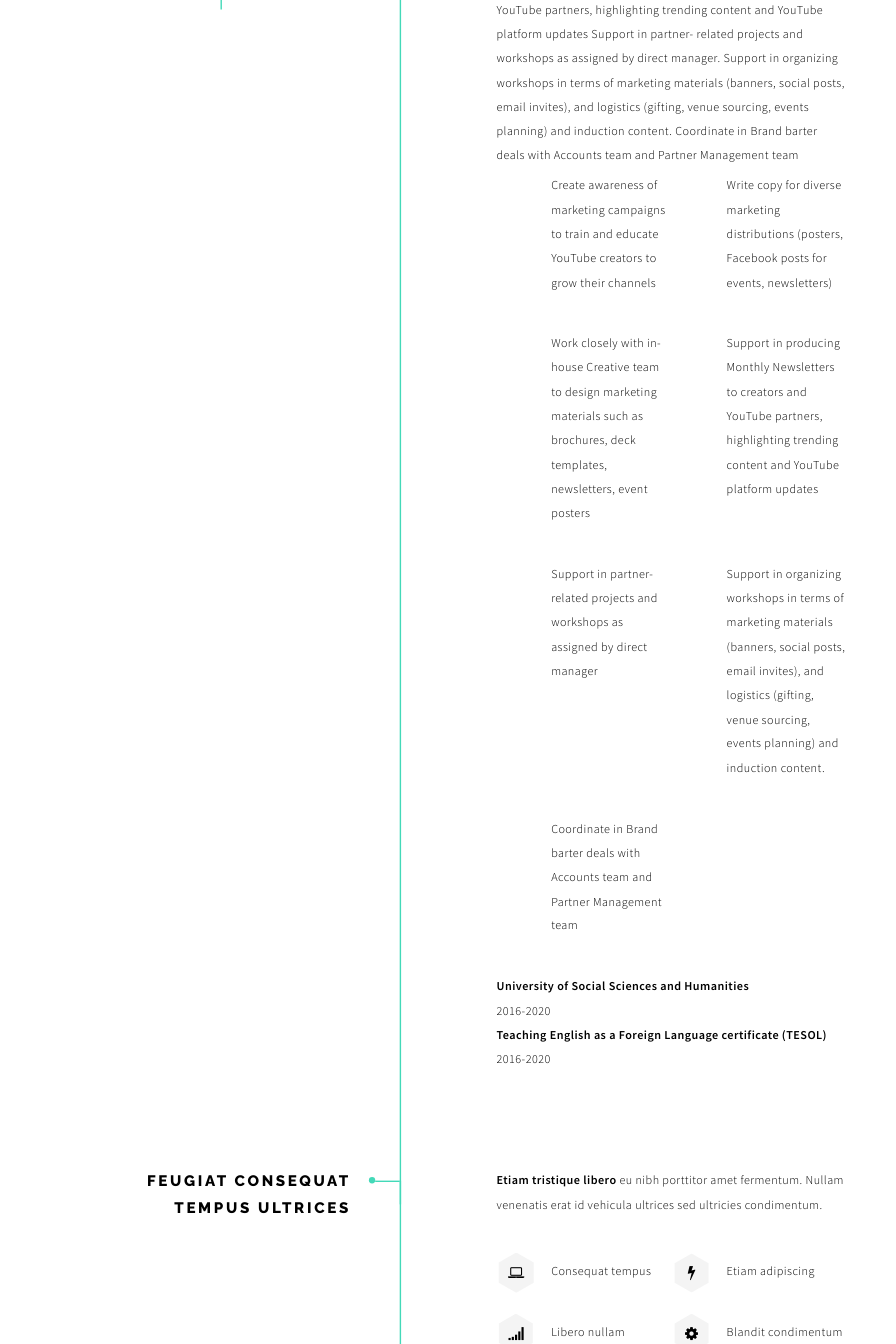
Repository: leonardin999/linh-porfolios
Page: index.html
An editor plug-in stored every save of this project. The page is shown before and after the next save, followed by the edit.
The browser window is 1280 px wide. The pictures show the part of the page from y = 931 to 2851 px (the page is 7540 px tall before and 7046 px after), at 70% of full size.

Above is the page before, as saved 2023-01-22 21:37:09.

### index.html
<!DOCTYPE html>
<!--
	Paradigm Shift by HTML5 UP
	html5up.net | @ajlkn
	Free for personal and commercial use under the CCA 3.0 license (html5up.net/license)
-->
<html>
  <head>
    <title>Linh's Porfolio</title>
    <meta charset="utf-8" />
    <meta
      name="viewport"
      content="width=device-width, initial-scale=1, user-scalable=no"
    />
    <meta name="description" content="" />
    <meta name="keywords" content="" />
    <link rel="stylesheet" href="assets/css/main.css" />
  </head>
  <body class="is-preload">
    <!-- Wrapper -->
    <div id="wrapper">
      <!-- Intro -->
      <section class="intro">
        <header>
          <h1>PARTNERSHIP MARKETING EXECUTIVE</h1>
          <p>
            I believe in "edutainment" which can help everyone absorb knowledge
            easily. I am interested in both education and entertainment and
            combine them in my projects.
          </p>
          <ul class="actions">
            <li>
              <a href="#first" class="arrow scrolly"
                ><span class="label">Next</span></a
              >
            </li>
          </ul>
        </header>
        <div class="content">
          <span class="image fill" data-position="center"
            ><img src="images/pic01.jpg" alt=""
          /></span>
        </div>
      </section>

      <!-- Section -->
      <section id="first">
        <header>
          <h2>Experiences</h2>
        </header>
        <div class="content">
Work closely with in-house Creative team to design marketing materials such as brochures, deck templates, newsletters, event posters
Support in producing Monthly Newsletters to creators and YouTube partners, highlighting trending content and YouTube platform updates
Support in partner- related projects and workshops as assigned by direct manager.
Support in organizing workshops in terms of marketing materials (banners, social posts, email invites), and logistics (gifting, venue sourcing, events planning) and induction content.
Coordinate in Brand barter deals with Accounts team and Partner Management team

            <ul class="feature-icons">
              <li class="">Create awareness of marketing campaigns to train and educate YouTube creators to grow their channels</li>
              <li class="">Write copy for diverse marketing distributions (posters, Facebook posts for events, newsletters)</li>
              <li class="">Work closely with in-house Creative team to design marketing materials such as brochures, deck templates, newsletters, event posters</li>
              <li class="">Support in producing Monthly Newsletters to creators and YouTube partners, highlighting trending content and YouTube platform updates</li>
              <li class="">Support in partner- related projects and workshops as assigned by direct manager</li>
              <li class="">Support in organizing workshops in terms of marketing materials (banners, social posts, email invites), and logistics (gifting, venue sourcing, events planning) and induction content.</li>
              <li class="">Coordinate in Brand barter deals with Accounts team and Partner Management team</li>
            </ul>
            <strong>University of Social Sciences and Humanities</strong>
            <br>2016-2020</br>
            <strong>Teaching English as a Foreign Language certificate (TESOL)</strong>
            <br>2016-2020</br>
          </p>
        </div>
      </section>

      <!-- Section -->
      <section>
        <header>
          <h2>Feugiat consequat tempus ultrices</h2>
        </header>
        <div class="content">
          <p>
            <strong>Etiam tristique libero</strong> eu nibh porttitor amet
            fermentum. Nullam venenatis erat id vehicula ultrices sed ultricies
            condimentum.
          </p>
          <ul class="feature-icons">
            <li class="icon fa-laptop">Consequat tempus</li>
            <li class="icon fa-bolt">Etiam adipiscing</li>
            <li class="icon fa-signal">Libero nullam</li>
            <li class="icon fa-gear">Blandit condimentum</li>
            <li class="icon fa-map-marker">Lorem ipsum dolor</li>
            <li class="icon fa-code">Nibh amet venenatis</li>
          </ul>
          <p>
            Vehicula ultrices sed ultricies condimentum. Magna sed etiam
            consequat, et lorem adipiscing sed nulla. Volutpat nisl et tempus et
            dolor libero, feugiat magna tempus, sed et lorem adipiscing.
          </p>
        </div>
      </section>

      <!-- Section -->
      <section>
        <header>
          <h2>Ultrices erat magna sed condimentum</h2>
        </header>
        <div class="content">
          <p>
            <strong>Integer mollis egestas</strong> nam maximus erat id euismod
            egestas. Pellentesque sapien ac quam. Lorem ipsum dolor sit nullam.
          </p>

          <!-- Section -->
          <section>
            <header>
              <h3>Erat aliquam</h3>
              <p>
                Vehicula ultrices dolor amet ultricies et condimentum. Magna sed
                etiam consequat, et lorem adipiscing sed dolor sit amet,
                consectetur amet do eiusmod tempor incididunt ipsum suspendisse
                ultrices gravida.
              </p>
            </header>
            <div class="content">
              <div class="gallery">
                <a href="images/gallery/fulls/01.jpg" class="landscape"
                  ><img src="images/gallery/thumbs/01.jpg" alt=""
                /></a>
                <a href="images/gallery/fulls/02.jpg"
                  ><img src="images/gallery/thumbs/02.jpg" alt=""
                /></a>
                <a href="images/gallery/fulls/03.jpg"
                  ><img src="images/gallery/thumbs/03.jpg" alt=""
                /></a>
                <a href="images/gallery/fulls/04.jpg" class="landscape"
                  ><img src="images/gallery/thumbs/04.jpg" alt=""
                /></a>
              </div>
            </div>
          </section>

          <!-- Section -->
          <section>
            <header>
              <h3>Nisl consequat</h3>
              <p>
                Aenean ornare velit lacus, ac varius enim ullamcorper eu. Proin
                aliquam sed facilisis ante interdum congue. Integer mollis, nisl
                amet convallis, porttitor magna ullamcorper, amet mauris. Ut
                magna finibus nisi nec lacinia ipsum maximus.
              </p>
            </header>
            <div class="content">
              <div class="gallery">
                <a href="images/gallery/fulls/05.jpg" class="landscape"
                  ><img src="images/gallery/thumbs/05.jpg" alt=""
                /></a>
                <a href="images/gallery/fulls/06.jpg"
                  ><img src="images/gallery/thumbs/06.jpg" alt=""
                /></a>
                <a href="images/gallery/fulls/07.jpg"
                  ><img src="images/gallery/thumbs/07.jpg" alt=""
                /></a>
              </div>
            </div>
          </section>

          <!-- Section -->
          <section>
            <header>
              <h3>Lorem gravida</h3>
              <p>
                Proin aliquam facilisis ante interdum. Sed nulla amet lorem
                feugiat tempus aenean ornare velit lacus, ac varius sed enim
                lorem ullamcorper dolore. ac varius enim lorem ullamcorper
                dolore. Proin aliquam facilisis.
              </p>
            </header>
            <div class="content">
              <div class="gallery">
                <a href="images/gallery/fulls/08.jpg" class="portrait"
                  ><img src="images/gallery/thumbs/08.jpg" alt=""
                /></a>
                <a href="images/gallery/fulls/09.jpg" class="portrait"
                  ><img src="images/gallery/thumbs/09.jpg" alt=""
                /></a>
                <a href="images/gallery/fulls/10.jpg" class="landscape"
                  ><img src="images/gallery/thumbs/10.jpg" alt=""
                /></a>
              </div>
            </div>
          </section>
        </div>
      </section>

      <!-- Section -->
      <section>
        <header>
          <h2>Duis sed adpiscing veroeros amet</h2>
        </header>
        <div class="content">
          <p>
            <strong>Proin tempus feugiat</strong> sed varius enim lorem
            ullamcorper dolore aliquam aenean ornare velit lacus, ac varius enim
            lorem ullamcorper dolore.
          </p>
          <ul class="actions">
            <li><a href="#" class="button primary large">Get Started</a></li>
            <li><a href="#" class="button large">Learn More</a></li>
          </ul>
        </div>
      </section>

      <!-- Elements -->
      <!--
					<section>
						<header>
							<h2>Elements</h2>
						</header>
						<div class="content">

							<section>
								<header>
									<h3>Text</h3>
								</header>
								<div class="content">
									<p>This is <b>bold</b> and this is <strong>strong</strong>. This is <i>italic</i> and this is <em>emphasized</em>.
									This is <sup>superscript</sup> text and this is <sub>subscript</sub> text.
									This is <u>underlined</u> and this is code: <code>for (;;) { ... }</code>. Finally, <a href="#">this is a link</a>.</p>
									<hr />
									<h2>Heading Level 2</h2>
									<h3>Heading Level 3</h3>
									<h4>Heading Level 4</h4>
									<h5>Heading Level 5</h5>
									<hr />
									<h5>Blockquote</h5>
									<blockquote>Fringilla nisl. Donec accumsan interdum nisi, quis tincidunt felis sagittis eget tempus euismod. Vestibulum ante ipsum primis in faucibus vestibulum. Blandit adipiscing eu felis iaculis volutpat ac adipiscing accumsan faucibus. Vestibulum ante ipsum primis in faucibus lorem ipsum dolor sit amet nullam adipiscing eu felis.</blockquote>
									<h5>Preformatted</h5>
									<pre><code>i = 0;

while (!deck.isInOrder()) {
  print 'Iteration ' + i;
  deck.shuffle();
  i++;
}

print 'Sorted in ' + i + ' iterations.';</code></pre>
								</div>
							</section>

							<section>
								<header>
									<h3>Lists</h3>
								</header>
								<div class="content">

									<h4>Unordered</h4>
									<ul>
										<li>Dolor pulvinar etiam.</li>
										<li>Sagittis adipiscing.</li>
										<li>Felis enim feugiat.</li>
									</ul>

									<h4>Alternate</h4>
									<ul class="alt">
										<li>Dolor pulvinar etiam.</li>
										<li>Sagittis adipiscing.</li>
										<li>Felis enim feugiat.</li>
									</ul>

									<h4>Ordered</h4>
									<ol>
										<li>Dolor pulvinar etiam.</li>
										<li>Etiam vel felis viverra.</li>
										<li>Felis enim feugiat.</li>
										<li>Dolor pulvinar etiam.</li>
										<li>Etiam vel felis lorem.</li>
										<li>Felis enim et feugiat.</li>
									</ol>
									<h4>Icons</h4>
									<ul class="icons">
										<li><a href="#" class="icon fa-twitter"><span class="label">Twitter</span></a></li>
										<li><a href="#" class="icon fa-facebook"><span class="label">Facebook</span></a></li>
										<li><a href="#" class="icon fa-instagram"><span class="label">Instagram</span></a></li>
										<li><a href="#" class="icon fa-github"><span class="label">Github</span></a></li>
									</ul>

									<h4>Actions</h4>
									<ul class="actions">
										<li><a href="#" class="button primary">Default</a></li>
										<li><a href="#" class="button">Default</a></li>
									</ul>
									<ul class="actions stacked">
										<li><a href="#" class="button primary">Default</a></li>
										<li><a href="#" class="button">Default</a></li>
									</ul>
								</div>
							</section>

							<section>
								<header>
									<h3>Table</h3>
								</header>
								<div class="content">
									<h4>Default</h4>
									<div class="table-wrapper">
										<table>
											<thead>
												<tr>
													<th>Name</th>
													<th>Description</th>
													<th>Price</th>
												</tr>
											</thead>
											<tbody>
												<tr>
													<td>Item One</td>
													<td>Ante turpis integer aliquet porttitor.</td>
													<td>29.99</td>
												</tr>
												<tr>
													<td>Item Two</td>
													<td>Vis ac commodo adipiscing arcu aliquet.</td>
													<td>19.99</td>
												</tr>
												<tr>
													<td>Item Three</td>
													<td> Morbi faucibus arcu accumsan lorem.</td>
													<td>29.99</td>
												</tr>
												<tr>
													<td>Item Four</td>
													<td>Vitae integer tempus condimentum.</td>
													<td>19.99</td>
												</tr>
												<tr>
													<td>Item Five</td>
													<td>Ante turpis integer aliquet porttitor.</td>
													<td>29.99</td>
												</tr>
											</tbody>
											<tfoot>
												<tr>
													<td colspan="2"></td>
													<td>100.00</td>
												</tr>
											</tfoot>
										</table>
									</div>

									<h4>Alternate</h4>
									<div class="table-wrapper">
										<table class="alt">
											<thead>
												<tr>
													<th>Name</th>
													<th>Description</th>
													<th>Price</th>
												</tr>
											</thead>
											<tbody>
												<tr>
													<td>Item One</td>
													<td>Ante turpis integer aliquet porttitor.</td>
													<td>29.99</td>
												</tr>
												<tr>
													<td>Item Two</td>
													<td>Vis ac commodo adipiscing arcu aliquet.</td>
													<td>19.99</td>
												</tr>
												<tr>
													<td>Item Three</td>
													<td> Morbi faucibus arcu accumsan lorem.</td>
													<td>29.99</td>
												</tr>
												<tr>
													<td>Item Four</td>
													<td>Vitae integer tempus condimentum.</td>
													<td>19.99</td>
												</tr>
												<tr>
													<td>Item Five</td>
													<td>Ante turpis integer aliquet porttitor.</td>
													<td>29.99</td>
												</tr>
											</tbody>
											<tfoot>
												<tr>
													<td colspan="2"></td>
													<td>100.00</td>
												</tr>
											</tfoot>
										</table>
									</div>
								</div>
							</section>

							<section>
								<header>
									<h3>Buttons</h3>
								</header>
								<div class="content">
									<ul class="actions">
										<li><a href="#" class="button primary">Primary</a></li>
										<li><a href="#" class="button">Default</a></li>
									</ul>
									<ul class="actions">
										<li><a href="#" class="button large">Large</a></li>
										<li><a href="#" class="button">Default</a></li>
										<li><a href="#" class="button small">Small</a></li>
									</ul>
									<ul class="actions">
										<li><a href="#" class="button primary icon fa-download">Icon</a></li>
										<li><a href="#" class="button icon fa-download">Icon</a></li>
									</ul>
									<ul class="actions">
										<li><span class="button primary disabled">Disabled</span></li>
										<li><span class="button disabled">Disabled</span></li>
									</ul>
								</div>
							</section>

							<section>
								<header>
									<h3>Form</h3>
								</header>
								<div class="content">
									<form method="post" action="#">
										<div class="fields">
											<div class="field half">
												<label for="demo-name">Name</label>
												<input type="text" name="demo-name" id="demo-name" value="" placeholder="Jane Doe" />
											</div>
											<div class="field half">
												<label for="demo-email">Email</label>
												<input type="email" name="demo-email" id="demo-email" value="" placeholder="jane@untitled.tld" />
											</div>
											<div class="field">
												<label for="demo-category">Category</label>
												<select name="demo-category" id="demo-category">
													<option value="">-</option>
													<option value="1">Manufacturing</option>
													<option value="1">Shipping</option>
													<option value="1">Administration</option>
													<option value="1">Human Resources</option>
												</select>
											</div>
											<div class="field half">
												<input type="radio" id="demo-priority-low" name="demo-priority" checked>
												<label for="demo-priority-low">Low</label>
											</div>
											<div class="field half">
												<input type="radio" id="demo-priority-high" name="demo-priority">
												<label for="demo-priority-high">High</label>
											</div>
											<div class="field half">
												<input type="checkbox" id="demo-copy" name="demo-copy">
												<label for="demo-copy">Email me a copy</label>
											</div>
											<div class="field half">
												<input type="checkbox" id="demo-human" name="demo-human" checked>
												<label for="demo-human">Not a robot</label>
											</div>
											<div class="field">
												<label for="demo-message">Message</label>
												<textarea name="demo-message" id="demo-message" placeholder="Enter your message" rows="6"></textarea>
											</div>
										</div>
										<ul class="actions">
											<li><input type="submit" value="Send Message" class="primary" /></li>
											<li><input type="reset" value="Reset" /></li>
										</ul>
									</form>
								</div>
							</section>

						</div>
					</section>
				-->

      <!-- Section -->
      <section>
        <header>
          <h2>Get in touch</h2>
        </header>
        <div class="content">
          <p>
            <strong>Auctor commodo</strong> interdum et malesuada fames ac ante
            ipsum primis in faucibus. Pellentesque venenatis dolor imperdiet
            dolor mattis sagittis.
          </p>
          <form>
            <div class="fields">
              <div class="field half">
                <input type="text" name="name" id="name" placeholder="Name" />
              </div>
              <div class="field half">
                <input
                  type="email"
                  name="email"
                  id="email"
                  placeholder="Email"
                />
              </div>
              <div class="field">
                <textarea
                  name="message"
                  id="message"
                  placeholder="Message"
                  rows="7"
                ></textarea>
              </div>
            </div>
            <ul class="actions">
              <li>
                <input
                  type="submit"
                  value="Send Message"
                  class="button primary"
                />
              </li>
            </ul>
          </form>
        </div>
        <footer>
          <ul class="items">
            <li>
              <h3>Email</h3>
              <a href="#">information@untitled.ext</a>
            </li>
            <li>
              <h3>Phone</h3>
              <a href="#">(000) 000-0000</a>
            </li>
            <li>
              <h3>Address</h3>
              <span>1234 Somewhere Road, Nashville, TN 00000</span>
            </li>
            <li>
              <h3>Elsewhere</h3>
              <ul class="icons">
                <li>
                  <a href="#" class="icon fa-twitter"
                    ><span class="label">Twitter</span></a
                  >
                </li>
                <li>
                  <a href="#" class="icon fa-facebook"
                    ><span class="label">Facebook</span></a
                  >
                </li>
                <li>
                  <a href="#" class="icon fa-instagram"
                    ><span class="label">Instagram</span></a
                  >
                </li>
                <li>
                  <a href="#" class="icon fa-linkedin"
                    ><span class="label">LinkedIn</span></a
                  >
                </li>
                <li>
                  <a href="#" class="icon fa-github"
                    ><span class="label">GitHub</span></a
                  >
                </li>
                <li>
                  <a href="#" class="icon fa-codepen"
                    ><span class="label">Codepen</span></a
                  >
                </li>
              </ul>
            </li>
          </ul>
        </footer>
      </section>

      <!-- Copyright -->
      <div class="copyright">
        &copy; Untitled. All rights reserved. Design:
        <a href="https://html5up.net">HTML5 UP</a>. Distributed by
        <a href="https://themewagon.com/">ThemeWagon</a>
      </div>
    </div>

    <!-- Scripts -->
    <script src="assets/js/jquery.min.js"></script>
    <script src="assets/js/jquery.scrolly.min.js"></script>
    <script src="assets/js/browser.min.js"></script>
    <script src="assets/js/breakpoints.min.js"></script>
    <script src="assets/js/util.js"></script>
    <script src="assets/js/main.js"></script>
  </body>
</html>

Loaded but not shown: assets/css/font-awesome.min.css (library); assets/js/jquery.min.js (library); assets/js/jquery.scrolly.min.js (common file); assets/js/browser.min.js (common file); assets/js/breakpoints.min.js (common file); assets/js/util.js (587 lines, source omitted); assets/js/main.js (208 lines, source omitted); assets/css/main.css (3922 lines, source omitted)

After the next save:
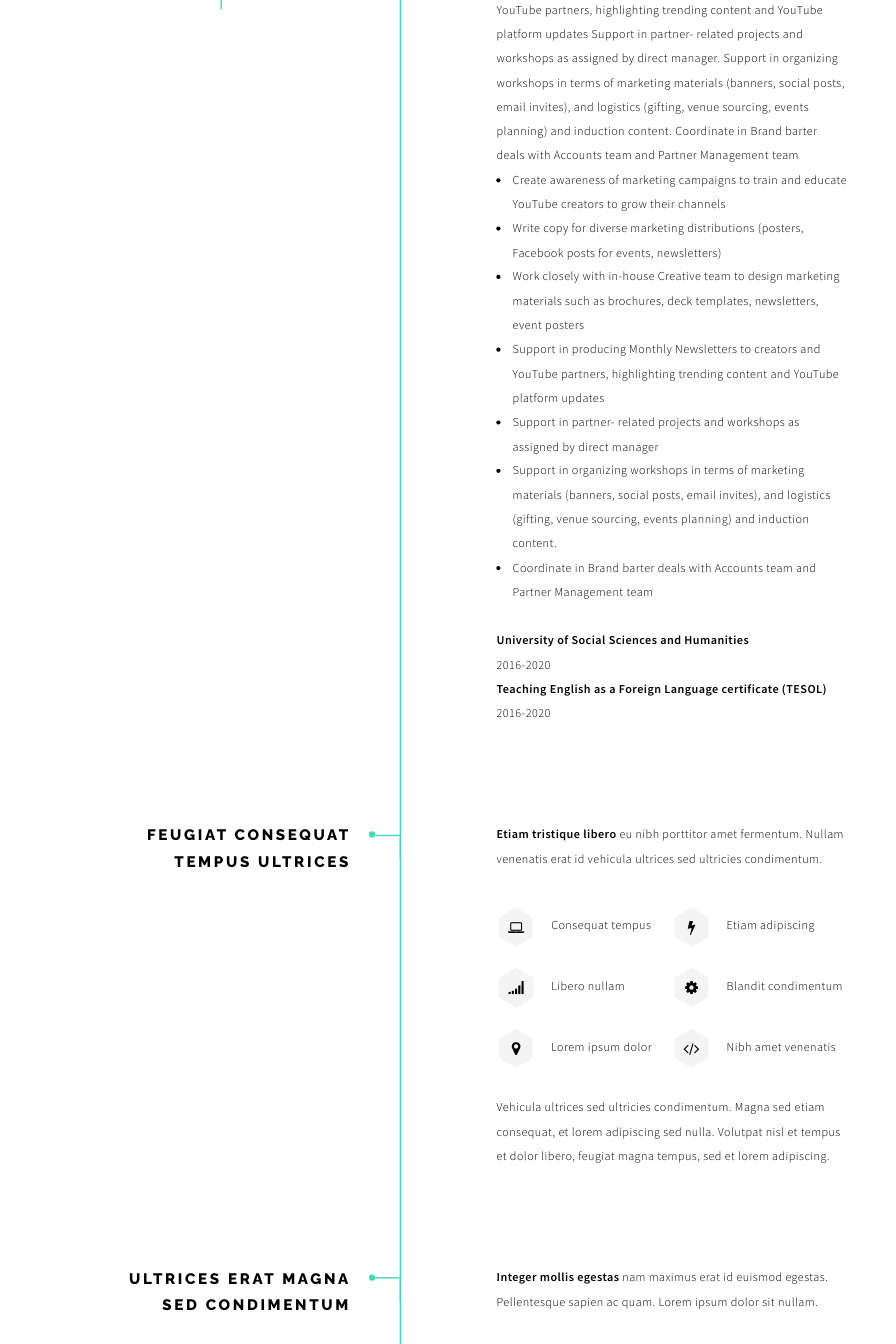
Saved 50 s later.
--- a/index.html
+++ b/index.html
@@ -55,7 +55,7 @@ Support in partner- related projects and workshops as assigned by direct manager
 Support in organizing workshops in terms of marketing materials (banners, social posts, email invites), and logistics (gifting, venue sourcing, events planning) and induction content.
 Coordinate in Brand barter deals with Accounts team and Partner Management team
 
-            <ul class="feature-icons">
+            <ul class="">
               <li class="">Create awareness of marketing campaigns to train and educate YouTube creators to grow their channels</li>
               <li class="">Write copy for diverse marketing distributions (posters, Facebook posts for events, newsletters)</li>
               <li class="">Work closely with in-house Creative team to design marketing materials such as brochures, deck templates, newsletters, event posters</li>
